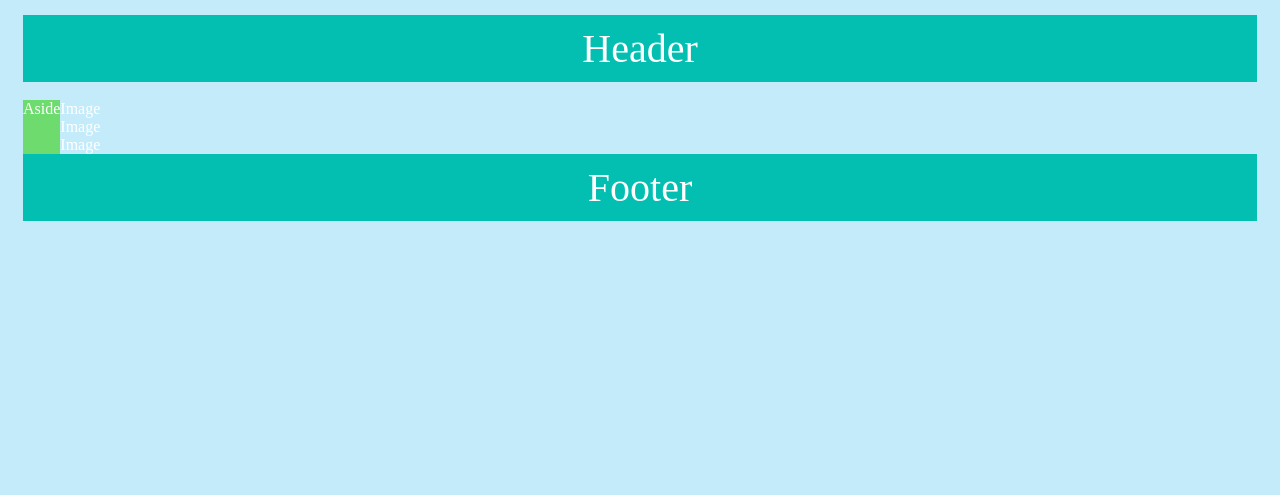
Repository: huyennvo/CSS
Page: flex-css-example/index.html
An editor plug-in stored every save of this project. The page is shown before and after the next save, followed by the edit.
The browser window is 1280 px wide. The pictures show the whole page.

Above is the page before, as saved 2022-07-18 10:45:44.

### flex-css-example/index.html
<!DOCTYPE html>
<html lang="en">
<head>
    <meta charset="UTF-8">
    <meta http-equiv="X-UA-Compatible" content="IE=edge">
    <meta name="viewport" content="width=device-width, initial-scale=1.0">
    <title>Flexbox example</title>
    <link rel="stylesheet" href="./index.css">
</head>
<body>
    <div class="container">
        <div class="header">
            Header
        </div>
        <br>
        <div class="body">
            <div class="body-left">Aside</div>
            <div class="body-right">
                <div class="item1">Image</div>
                <div class="item2">Image</div>
                <div class="item3">Image</div>
            </div>
        </div>
        <div class="footer">
            <footer>Footer</footer>
        </div>
    </div>
</body>
</html>

### flex-css-example/index.css
html {
    background-color: #C4EBF9;
}
 .container {
    align-content: center;
    margin: 15px;
    color: white;
}
.header {
    background-color: #02BFB1;
    text-align: center;
    font-size: 40px;
    padding: 10px;
}

.footer {
    background-color: #02BFB1;
    text-align: center;
    color: white;
    font-size: 40px;
    padding: 10px;
}

.body {
    display: flex;
    flex-direction: row;
}

.body-left {
    background-color: #6EDB6E;
    size-adjust: 30em;
}

After the next save:
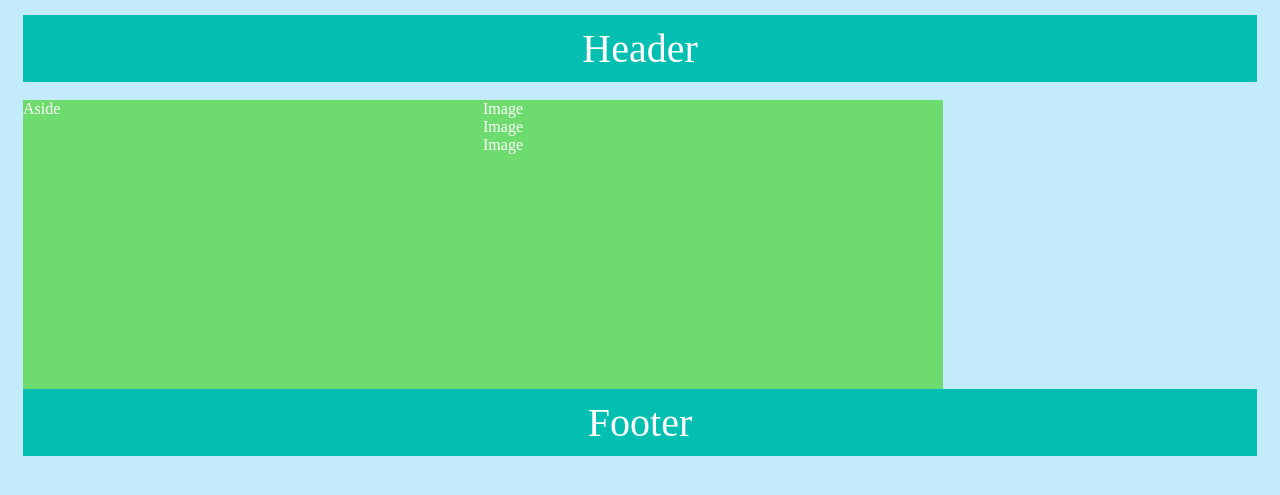
Saved 99 s later.
--- a/flex-css-example/index.css
+++ b/flex-css-example/index.css
@@ -28,5 +28,12 @@ html {
 
 .body-left {
     background-color: #6EDB6E;
-    size-adjust: 30em;
+    width: 460px;
+    height: 289px;
 }
+
+.body-right {
+    background-color: #6EDB6E;
+    width: 460px;
+    height: 289px;
+}
